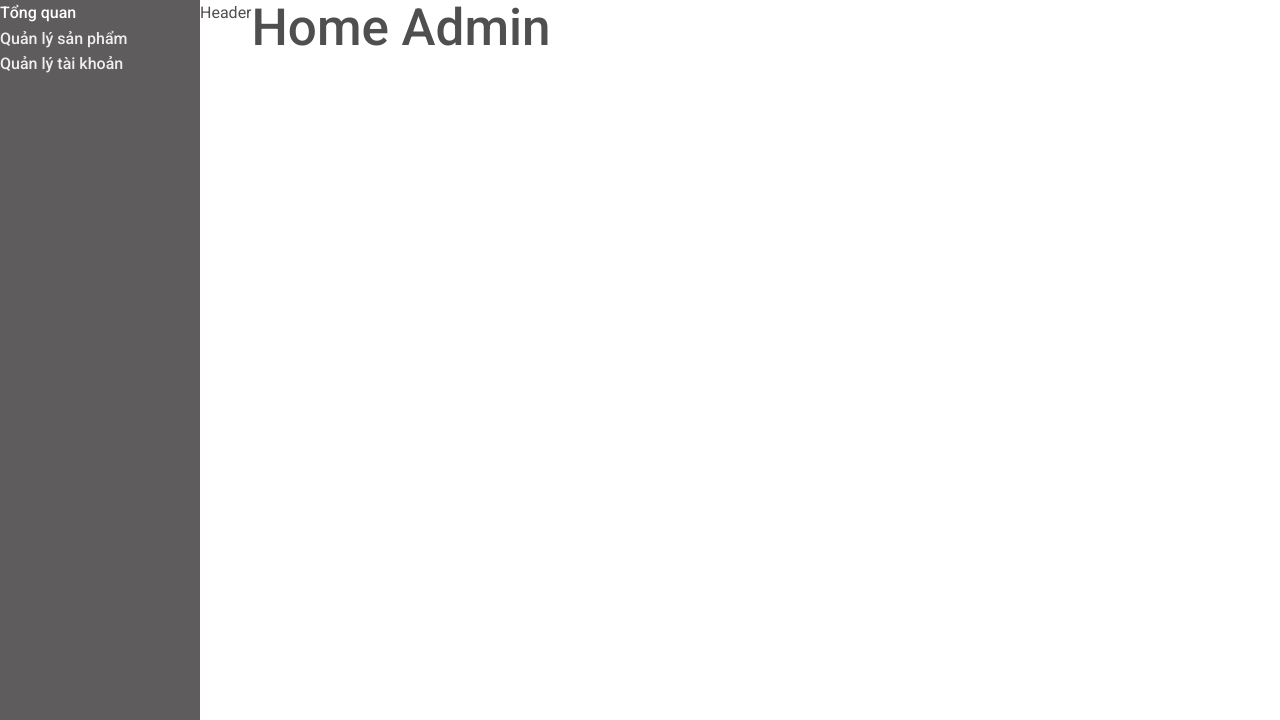
Repository: TinhTT336/MD02_Session10
Page: /admin
These files come from the project's save history. The page is drawn as it stood at one moment and after the next save; the edit follows.
The browser window is 1280 px wide. The pictures show the whole page.
Some web libraries are served in a nearby version. The project was rebuilt for these pictures with package versions that can differ from the ones it lists, and the page was loaded fresh each time. Also part of the build but not shown: vite.config.js, src/layouts/Navbar.jsx, src/layouts/Footer.jsx, src/components/base/button/button.css, src/components/base/button/Button.jsx, src/pages/Home.jsx, src/common/formatMoney.js, src/actions/cartActions.js and 11 more.

Above is the page before, as saved 2023-09-08 16:08:10.

After the next save:
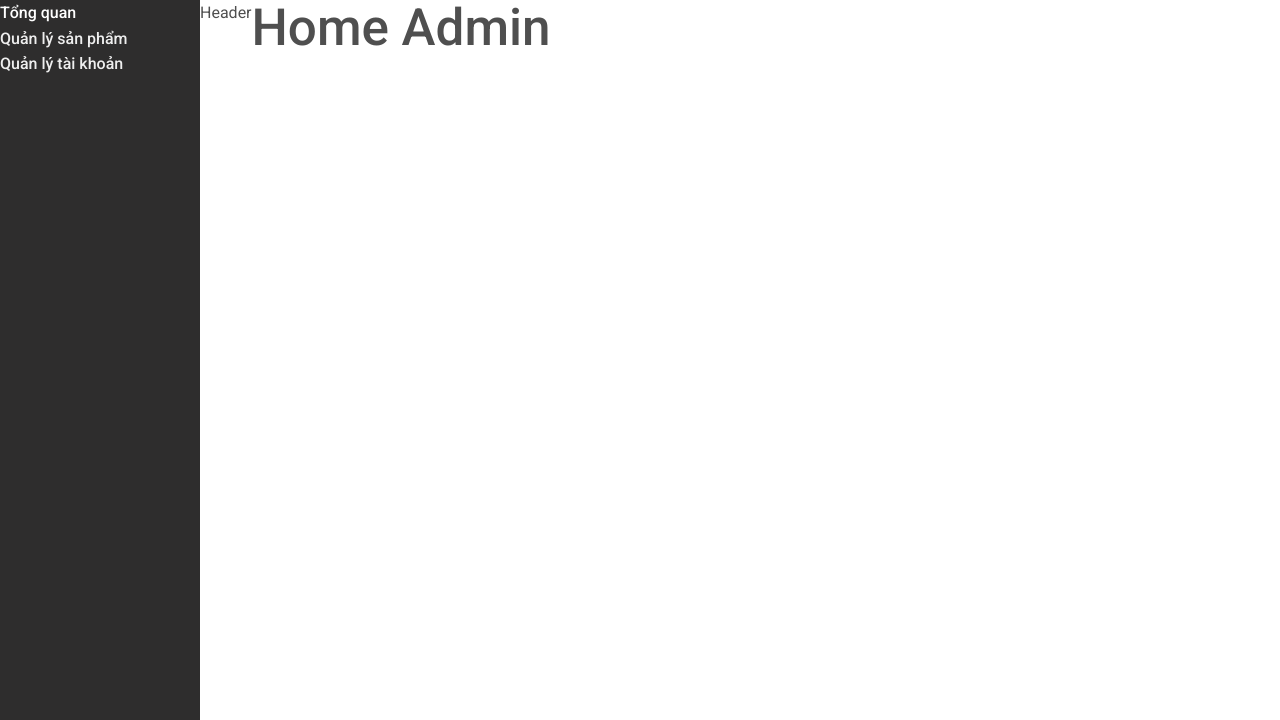
Saved 8 s later.
--- a/src/layouts/admin/sidebar/sidebar.css
+++ b/src/layouts/admin/sidebar/sidebar.css
@@ -2,7 +2,7 @@
   width: 200px;
   min-height: 100vh;
   overflow: hidden;
-  background-color: #5e5c5c !important;
+  background-color: #2e2d2d !important;
   color: #fff !important;
 }
 .active {
